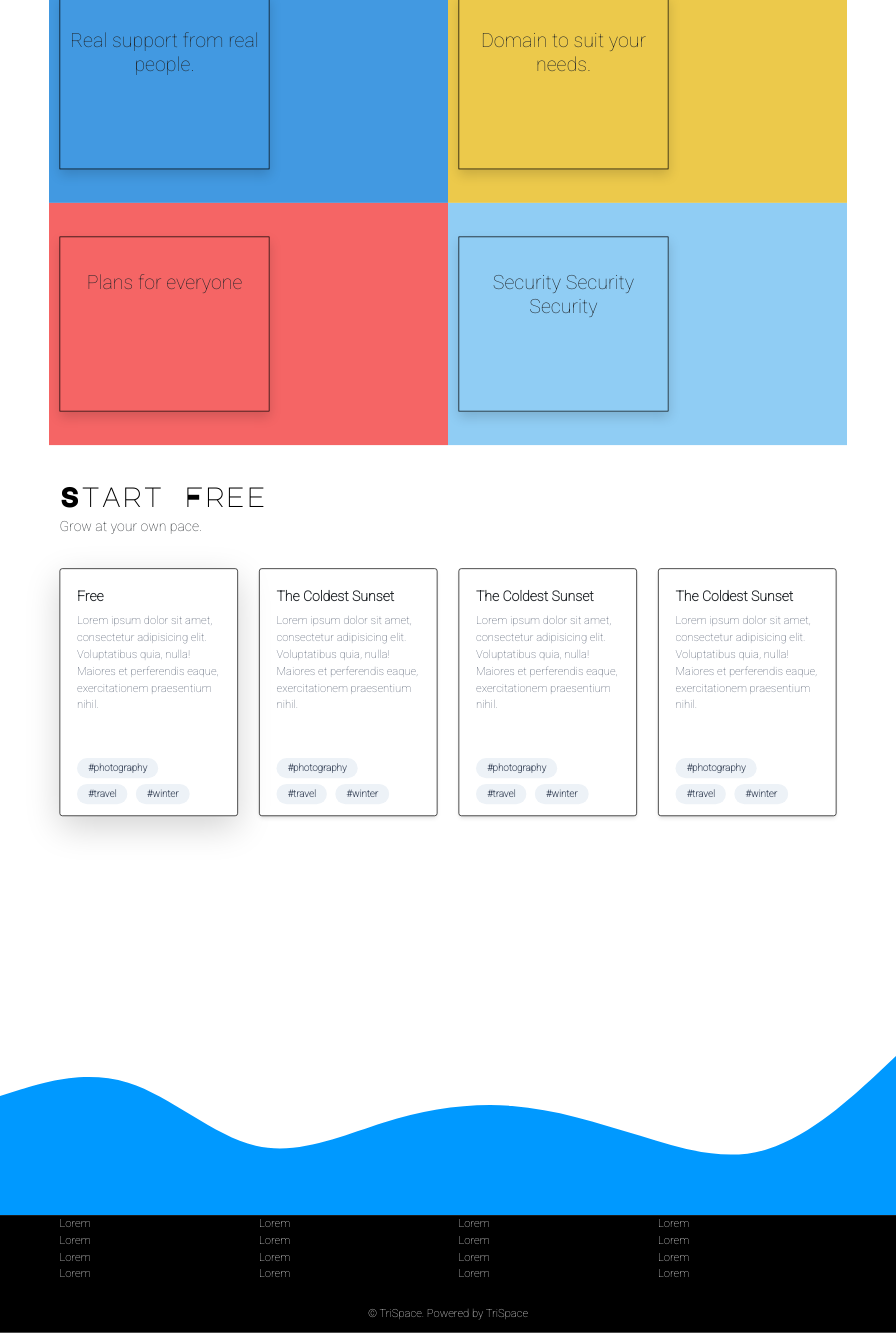
Repository: latenightsnacc/TriSpace
Page: home.html
These files come from the project's save history. The page is drawn as it stood at one moment and after the next save; the edit follows.
The browser window is 1280 px wide. The pictures show the part of the page from y = 3437 to 5357 px (the page is 5357 px tall), at 70% of full size.
The style sheet was rebuilt from its Sass, Less or Tailwind sources for each picture, by a compiler version that may differ from the author's.

Above is the page before, as saved 2020-11-20 10:21:44.

After the next save:
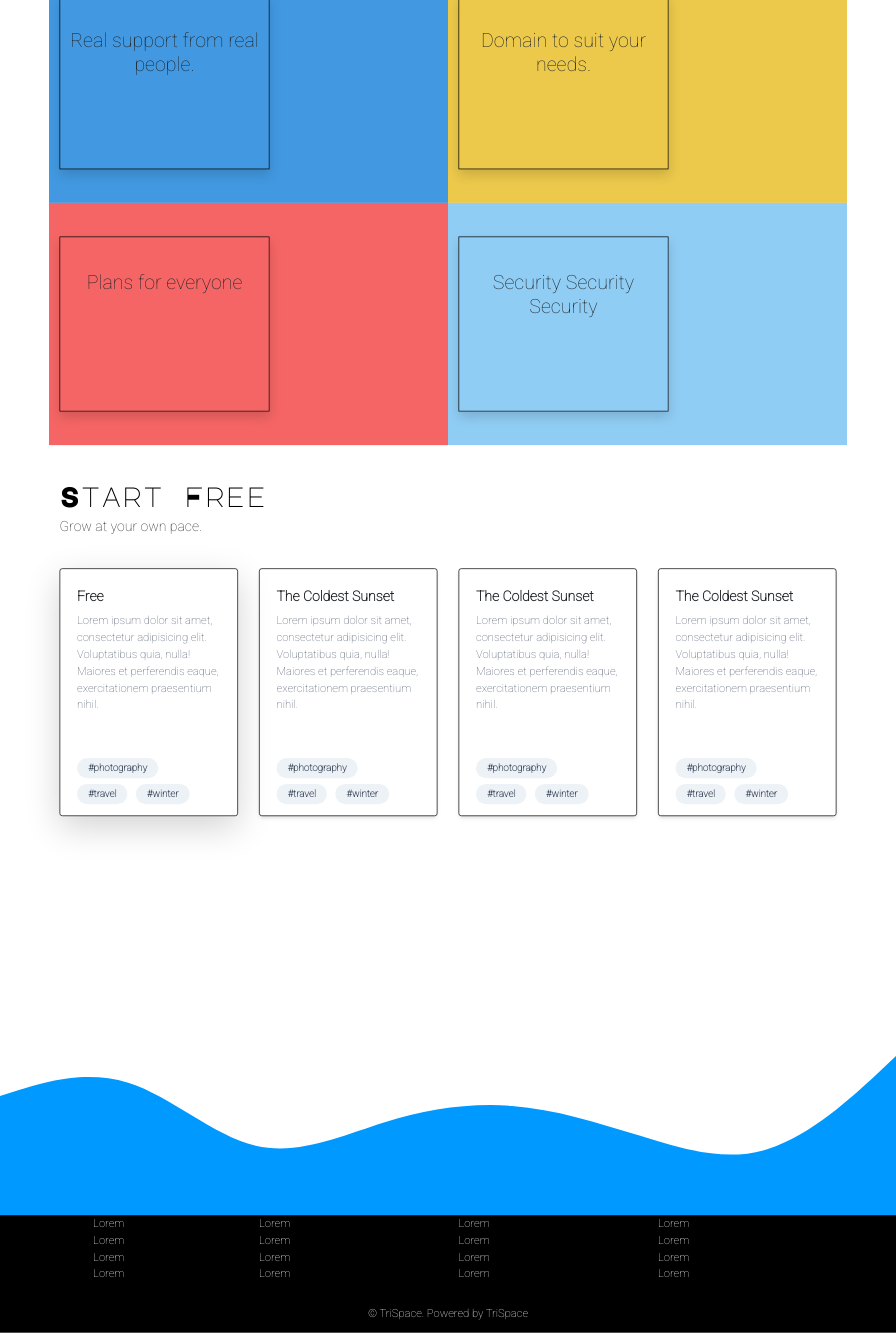
Saved 13 s later.
--- a/home.html
+++ b/home.html
@@ -289,7 +289,7 @@
             <div class="container">
                 <div class="row ">
                     <div class="col-xs-6 col-sm-6 col-md-3 col-lg-3 col-xl-3">
-                        <ul class="footer-menu mx-auto">
+                        <ul class="footer-menu mx-5">
                             <li>
                                 <a href="#" class="text-white footer-link">Lorem</a>
                             </li>

After the save that followed:
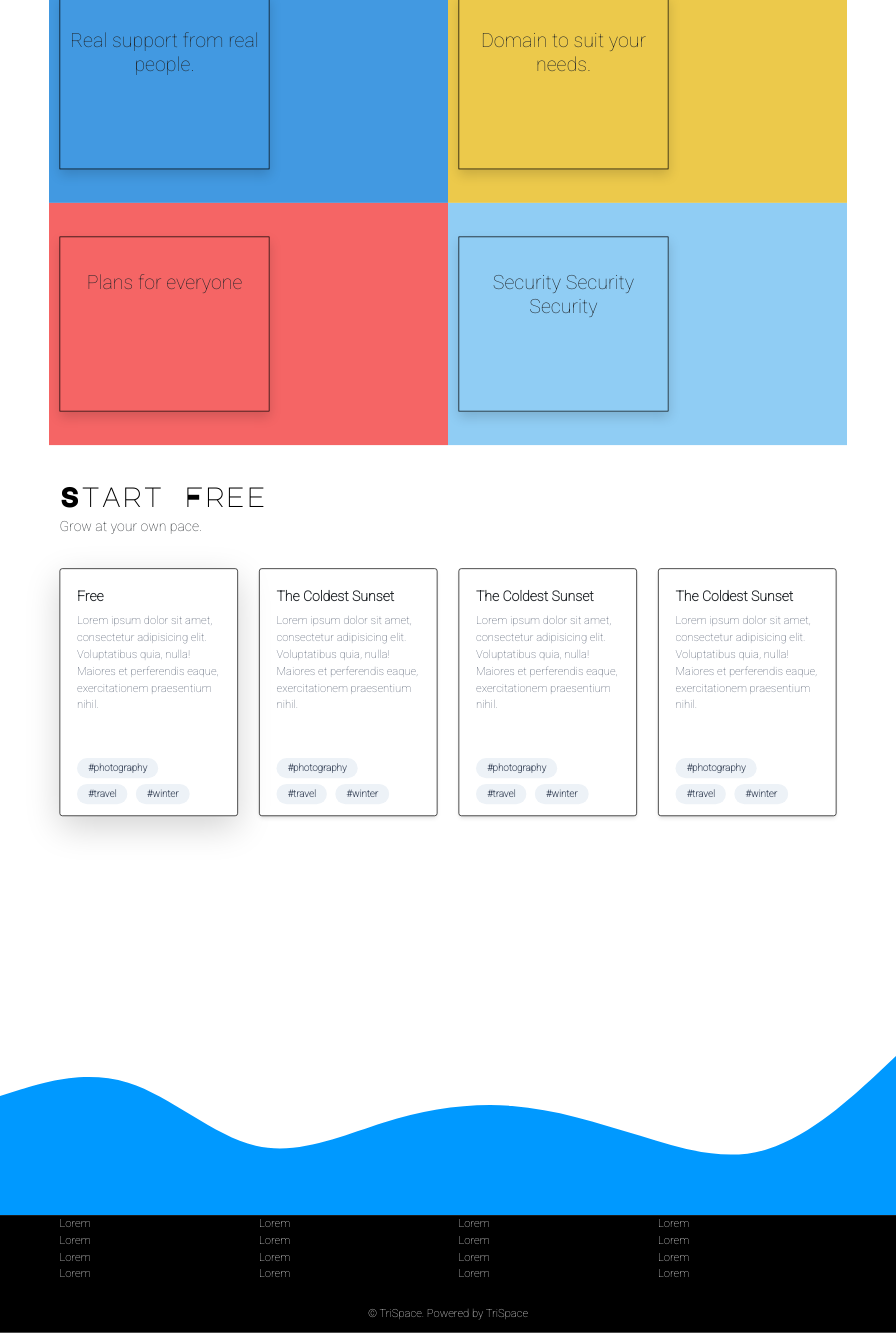
Saved 21 s later.
--- a/home.html
+++ b/home.html
@@ -289,7 +289,7 @@
             <div class="container">
                 <div class="row ">
                     <div class="col-xs-6 col-sm-6 col-md-3 col-lg-3 col-xl-3">
-                        <ul class="footer-menu mx-5">
+                        <ul class="footer-menu mx-0">
                             <li>
                                 <a href="#" class="text-white footer-link">Lorem</a>
                             </li>
